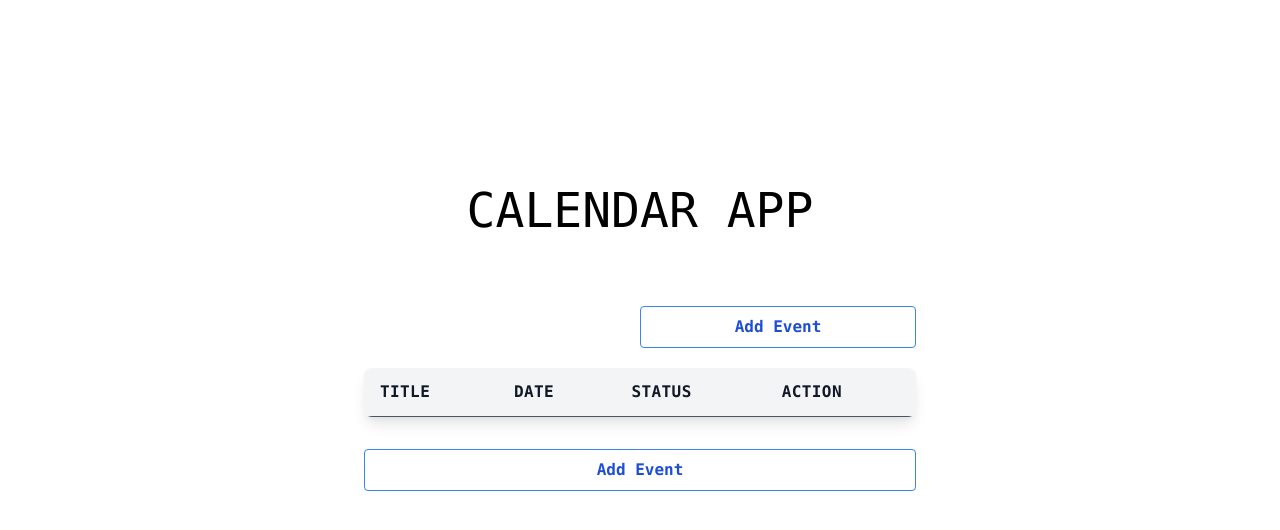
Repository: maikeru-desu/parking-lot
Page: / (app in parking-lot-fe/)
The author's editor kept a copy of each file at every save. The page is drawn from the files as they stood at one save, then again after the next save.
The browser window is 1280 px wide. The pictures show the whole page.
The page's requests for data from a server got no answer. The project was rebuilt for these pictures with package versions that can differ from the ones it lists, and the page was loaded fresh each time. No one was signed in, and anything a server would have sent is missing. Also part of the build but not shown: parking-lot-fe/craco.config.js, parking-lot-fe/src/pages/Add.js, parking-lot-fe/src/pages/Edit.js.

Above is the page before, as saved 2021-10-14 07:49:13.

After the next save:
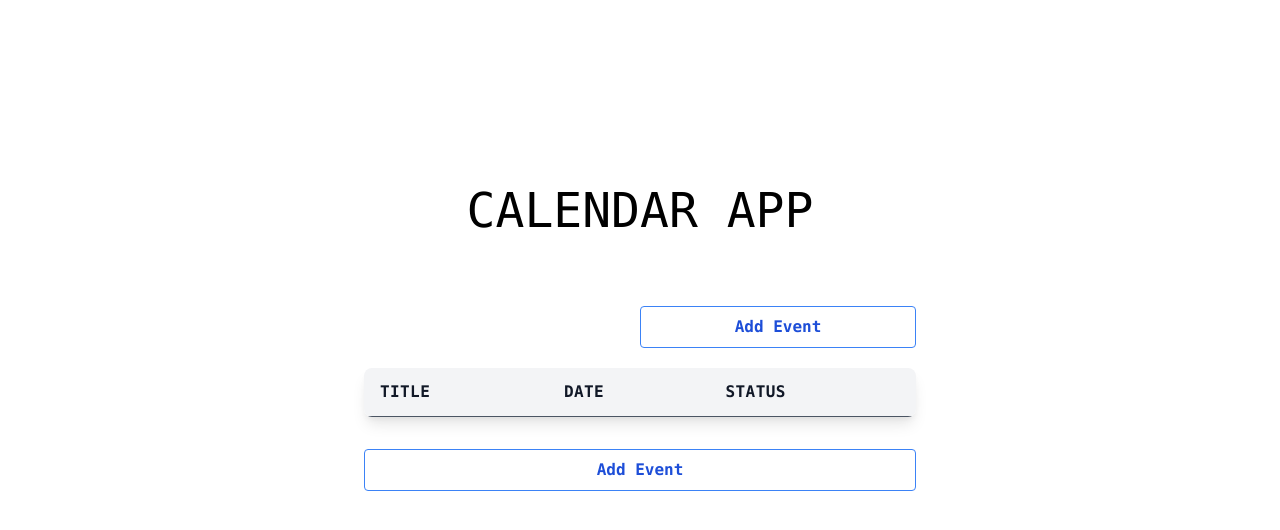
Saved 7 min 58 s later.
--- a/parking-lot-fe/src/pages/Home.js
+++ b/parking-lot-fe/src/pages/Home.js
@@ -44,7 +44,7 @@ const Home = () => {
                         <th class="px-4 py-3">Title</th>
                         <th class="px-4 py-3">Date</th>
                         <th class="px-4 py-3">Status</th>
-                        <th class="px-4 py-3">Action</th>
+                        {/* <th class="px-4 py-3">Action</th> */}
                     </tr>
                     </thead>
                     <tbody class="bg-white">
@@ -71,14 +71,14 @@ const Home = () => {
                                     })()}
                                     {/* <span class="px-2 py-1 font-semibold leading-tight text-green-700 bg-green-100 rounded-sm"> Acceptable </span> */}
                                 </td>
-                                <td class="px-4 py-3 text-sm border">
+                                {/* <td class="px-4 py-3 text-sm border">
                                     <button onClick={() => history.push(`/edit/${event.id}`)} className="bg-transparent hover:bg-blue-500 text-blue-700 font-semibold hover:text-white py-2 px-4 border border-blue-500 hover:border-transparent rounded">
                                         EDIT
                                     </button>
                                     <button onClick={() => handleDelete(event.id)} className="bg-transparent hover:bg-red-500 text-red-700 font-semibold hover:text-white py-2 px-4 border border-red-500 hover:border-transparent rounded">
                                         DELETE
                                     </button>
-                                </td>
+                                </td> */}
                             </tr>
                         ))}
                     </tbody>
